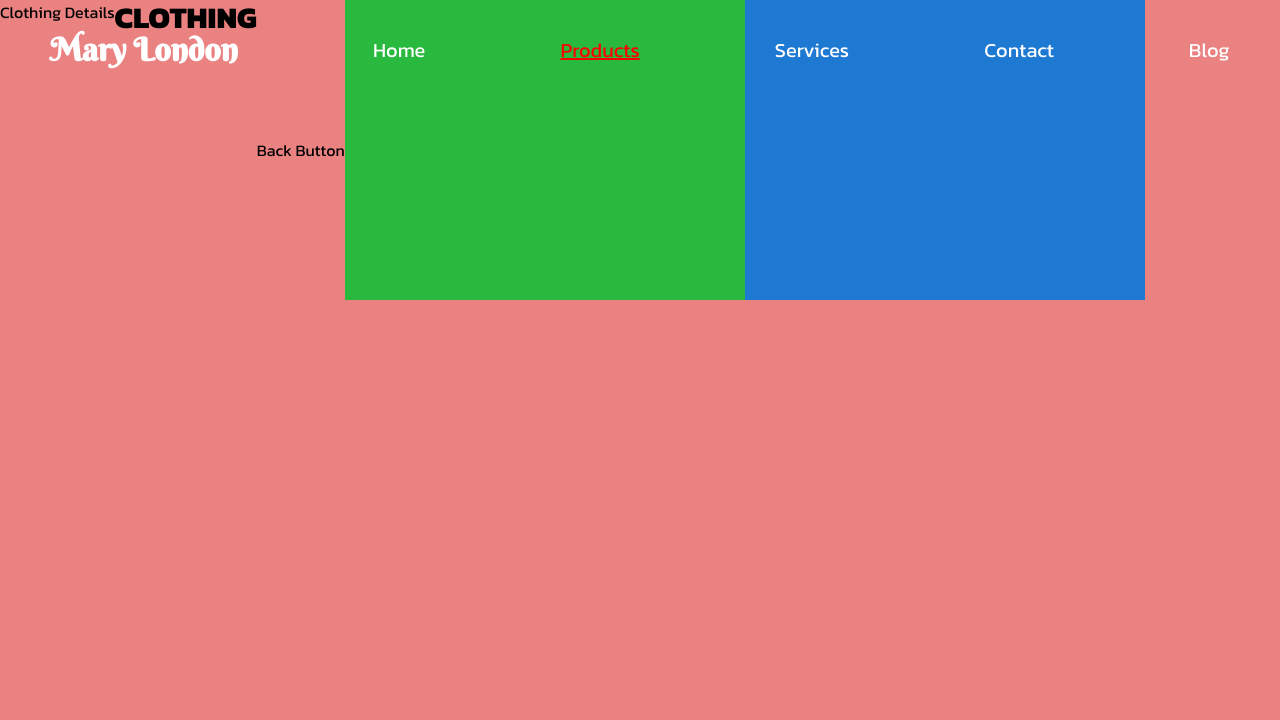
Repository: Habeebur1493/test2
Page: /products/clothing
An editor plug-in stored every save of this project. The page is shown before and after the next save, followed by the edit.
The browser window is 1280 px wide. The pictures show the whole page.
The project was rebuilt for these pictures with package versions that can differ from the ones it lists, and the page was loaded fresh each time. Also part of the build but not shown: vite.config.js, src/Frontend/Loader/loaderstyle.css, src/Frontend/Firstpage/Home.jsx, src/Frontend/Firstpage/Products.jsx, src/Frontend/Firstpage/Services.jsx, src/Frontend/Firstpage/Contact.jsx, src/Frontend/Firstpage/Blog.jsx.

Above is the page before, as saved 2024-12-28 20:47:21.

### index.html
<!doctype html>
<html lang="en">
  <head>
    <meta charset="UTF-8" />
    <meta name="viewport" content="width=device-width, initial-scale=1.0" />
    <link rel="stylesheet" href="https://fonts.googleapis.com/css2?family=Archivo:ital,wght@0,100..900;1,100..900&display=swap">
    <link href='https://unpkg.com/boxicons@2.1.4/css/boxicons.min.css' rel='stylesheet'>
    <title>MaryLondon</title>
  </head>
  <body>


    <div id="root"></div>
    <script type="module" src="/src/main.jsx"></script>
  </body>
</html>

### src/main.jsx
import { createRoot } from "react-dom/client";
import "./index.css";
import App from "./App";
import FrontendContext from "./context/FrontendContext";
import { BrowserRouter } from "react-router-dom";

createRoot(document.getElementById("root")).render(
  <FrontendContext>
    <BrowserRouter>
      <App />
    </BrowserRouter>
  </FrontendContext>
);

### src/App.jsx
import React from "react";
import { Route, Routes } from "react-router-dom";
import Pageloader from "./Frontend/Loader/PageLoader";
import Page1 from "./Frontend/Firstpage/Page1";
import Home from "./Frontend/Firstpage/Home";
import Products from "./Frontend/Firstpage/Products";
import Services from "./Frontend/Firstpage/Services";
import Contact from "./Frontend/Firstpage/Contact";
import Blog from "./Frontend/Firstpage/Blog";
import Nav from "./Frontend/Firstpage/Nav";
import "./App.css";
import "./Frontend/Firstpage/page1.css";
import "./Frontend/Loader/loaderstyle.css";
import ClothingDetails from "./Frontend/Firstpage/ClothingDetails";

const App = () => {
  const banners = [
    "https://s7ap1.scene7.com/is/image/adityabirlafashion/AS_D_HB_285_11_24_WinterRetreat_V1?resMode=sharp2&wid=1600&hei=642",
    "https://m.media-amazon.com/images/S/aplus-media-library-service-media/a79fdedf-c088-4a27-925a-5948d42135e6.__CR0,0,1464,600_PT0_SX1464_V1___.jpg",
    "https://images.hindustantimes.com/tech/img/2021/10/06/1600x900/IMG-20211005-WA0007_1633522371964_1633522436021.jpg",
    "https://www.sony.co.in/content/dam/sony/contents/regional-FSMC/india/common/homepage/primary-tout/2024/cich-bravia/CICH-Banner_D.jpg",
    "https://www.boat-lifestyle.com/cdn/shop/files/480_Desktop_2_1440x.png?v=1733813003",
    "https://graphicsfamily.com/wp-content/uploads/2020/07/Shoes-Advertising-Banner-Design-Template-1536x864.jpg",
  ];

  return (
    <div>
      <Pageloader />
      <Page1 />
      <Nav />
      <Routes>
        <Route path="/" element={<Home banners={banners} />} />
        <Route path="/products" element={<Products />} />
        <Route path="/products/:category" element={<ClothingDetails />} />
        <Route path="/services" element={<Services />} />
        <Route path="/contact" element={<Contact />} />
        <Route path="/blog" element={<Blog />} />
      </Routes>
    </div>
  );
};

export default App;

### src/context/FrontendContext.jsx
import { createContext, useState } from "react";




export const datacontext = createContext(null);

const FrontendContext = (props) => {
  const [data, setData] = useState("");

return (
  <datacontext.Provider value={[data, setData]}>
    {props.children}
  </datacontext.Provider>
);
};

export default FrontendContext;

### src/Frontend/Loader/PageLoader.jsx
import React, { useState, useEffect } from "react";
import { gsap } from "gsap";
import "./loaderstyle.css";





const App = () => {
  const [showScreen, setShowScreen] = useState(true);

  // Helper function to split text into individual letters
  const splitText = (text) =>
    text.split("").map((char, index) => (
      <span key={index} className="letter">
        {char}
      </span>
    ));

  // Part 1: Animation for spinning letters
  useEffect(() => {
    const letters = document.querySelectorAll(".letter");

    const animation = gsap.fromTo(
      letters,
      { rotationY: 0 },
      {
        rotationY: 360,
        duration: 1,
        repeat: -1,
        ease: "power1.inOut",
        stagger: 0.1,
      }
    );

    return () => {
      animation.kill();
    };
  }, []);

  // Part 2: Screen timeout
  useEffect(() => {
    const timer = setTimeout(() => {
      setShowScreen(false);
    }, 3000);

    return () => clearTimeout(timer);
  }, []);

  return (
    <div>
      {showScreen ? (
        <div className="screen">
          <div className="text-container">
            <div className="text">{splitText("Mary")}</div>
            <div className="loader"></div>
            <div className="text">{splitText("London")}</div>
          </div>
        </div>
      ) : (
        <div>

        </div>
      )}
    </div>
  );
};

export default App;

### src/Frontend/Firstpage/Page1.jsx
import React from "react";
import "./page1.css";


const Page1 = () => {
  return (
    <div className="page1">

    </div>
  );
};

export default Page1;

### src/Frontend/Firstpage/Nav.jsx
import React, { useEffect } from "react";
import { NavLink } from "react-router-dom";
import gsap from "gsap";
import "./page1.css";

const Nav = () => {
  const activeStyle = {
    textDecoration: "underline",
    color: "red",

};

  useEffect(() => {
    const navLinks = document.querySelectorAll("nav a");


    // Animate the navigation links
    gsap.from(navLinks, {
      opacity: 0,
      x: -50,
      duration: 1,
      delay: 4,
      stagger: 0.2, // Adds a delay between each link
    });
  }, []);

  return (
    <nav>
      <h1>Mary London</h1>

      <NavLink to="/" style={({ isActive }) => (isActive ? activeStyle : null)}>
        Home
      </NavLink>
      <NavLink to="/products" style={({ isActive }) => (isActive ? activeStyle : null)}>
        Products
      </NavLink>
      <NavLink to="/services" style={({ isActive }) => (isActive ? activeStyle : null)}>
        Services
      </NavLink>
      <NavLink to="/contact" style={({ isActive }) => (isActive ? activeStyle : null)}>
        Contact
      </NavLink>
      <NavLink to="/blog" style={({ isActive }) => (isActive ? activeStyle : null)}>
        Blog
      </NavLink>
    </nav>
  );
};

export default Nav;

### src/App.css
@import url('https://fonts.googleapis.com/css2?family=Berkshire+Swash&display=swap');



body{
    background-color: #cc9b9b;
}

nav{
    display: flex;
    justify-content: space-between;
    align-items: center;
    padding: 0px 50px;
    background-color: #b9abf700;
    color: #fff;


}
nav ul{
    display: flex;
    list-style: none;
    gap: 10px;
    font-size: 20px;
    padding: 20px;
    font-weight: 600;


}
nav ul li a{
    cursor: pointer;
    text-decoration: none;
    color: #fff;

}


.page1{
    height: 100%;
    width: 100%;

}

.logo{
    display: flex;
    align-items: center;
    margin-top: 20px;
}
.logo img{
    width: 120px;
    height: 120px;
    padding-bottom: 15px;
}

.logo h1{
    font-size: 32px;
    color: black;
    font-weight: 900;
    font-family: Berkshire Swash;
    border-bottom: 5px solid black;
    display: inline-block;
    width: 160px;
    text-align: center;

}

### src/Frontend/Firstpage/page1.css
@import url('https://fonts.googleapis.com/css2?family=Berkshire+Swash&display=swap');
@import url('https://fonts.googleapis.com/css2?family=Kanit:ital,wght@0,100;0,200;0,300;0,400;0,500;0,600;0,700;0,800;0,900;1,100;1,200;1,300;1,400;1,500;1,600;1,700;1,800;1,900&display=swap');



body{
  font-family: "Kanit", serif;
  background-image: linear-gradient(to right, #2980b9,#2c3e50);
}


nav{
    display: flex;
    justify-content: space-evenly;
    align-items: center;
    gap: 10px;
    height: 100px;
    width: 100%;
    font-family: "Kanit", serif;
    position: fixed;
    z-index: 1;
    font-size: 20px;
    color: #fff;
}


.page1{
    height: 100%;
    width: 100%;

}
nav h1{
    font-size: 32px;
    color: #fff;
    font-weight: 900;
    font-family: Berkshire Swash;
    text-align: center;
}

.slider-container {
    position: relative;
    width: 80%;
    height: 600px;
    overflow: hidden;
    margin: 0 auto;
    padding-top: 150px;
}

  .slider-wrapper {
    width: 100%;
    height: 100%;
  }

  .slider-content {
    display: flex;
    transition: transform 0.5s ease-in-out;
    height: 100%;
  }

  .slide {
    width: 100%;
    height: 100%;
    flex-shrink: 0;
  }

  .prev-button,
  .next-button {
    position: absolute;
    top: 60%;
    transform: translateY(-50%);
    background: rgba(238, 236, 236, 0.5);
    color: white;
    border: none;
    padding: 10px 15px;
    cursor: pointer;
    z-index: 1000;
    border-radius: 50%;
}

  .prev-button {
    left: 10px;
  }

  .next-button {
    right: 10px;
  }

  .dots {
    position: absolute;
    bottom: 15px;
    left: 50%;
    transform: translateX(-50%);
    display: flex;
    gap: 5px;
  }

  .dot {
    width: 10px;
    height: 10px;
    background: white;
    border-radius: 50%;
    cursor: pointer;
  }

  .dot.active {
    background: black;
  }


  .container{
    grid-template-rows: 2fr 1fr 1fr;
    grid-template-columns: 1fr 1fr 1fr;
    display: grid;
    justify-items: center;
    align-items: center;
    height: 100vh;
    width: 100%;
    z-index: 1;
    padding-top: 90px;
    padding-left: 50px;

  }

  .container .box1{
    background-color: blue;
    height: 200px;
    width: 400px;
    box-shadow: 0 0 10px rgba(0, 0, 0, 0.2);
    transition: transform 0.3s ease-in-out;
    cursor: pointer;
  }
  .container .box2{
    background-color: blue;
    height: 200px;
    width: 400px;
    box-shadow: 0 0 10px rgba(0, 0, 0, 0.2);
    transition: transform 0.3s ease-in-out;
    cursor: pointer;
  }
  .container .box3{
    background-color: blue;
    height: 200px;
    width: 400px;
    box-shadow: 0 0 10px rgba(0, 0, 0, 0.2);
    transition: transform 0.3s ease-in-out;
    cursor: pointer;
  }
 .container .box4{
    background-color: blue;
    height: 200px;
    width: 400px;
    box-shadow: 0 0 10px rgba(0, 0, 0, 0.2);
    transition: transform 0.3s ease-in-out;
    cursor: pointer;
  }
  .container .box5{
    background-color: blue;
    height: 200px;
    width: 400px;
    box-shadow: 0 0 10px rgba(0, 0, 0, 0.2);
    transition: transform 0.3s ease-in-out;
    cursor: pointer;
  }
  .container .box6{
    background-color: blue;
    height: 200px;
    width: 400px;
    box-shadow: 0 0 10px rgba(0, 0, 0, 0.2);
    transition: transform 0.3s ease-in-out;
    cursor: pointer;


}

  .container .box1:hover{
    transform: scale(1.1);
  }
  .container .box2:hover{
    transform: scale(1.1);
  }
  .container .box3:hover{
    transform: scale(1.1);
  }
  .container .box4:hover{
    transform: scale(1.1);
  }
  .container .box5:hover{
    transform: scale(1.1);
  }
  .container .box6:hover{
    transform: scale(1.1);
  }


  .container h1{
    text-align: center;
    color: #fff;
    font-family: 'Gill Sans', 'Gill Sans MT', Calibri, 'Trebuchet MS', sans-serif;
    font-size: 30px;
  }


  .ClothingDetails{
    height: 100vh;
    width: 100%;
    background-color: #eb8282;
  }


  .container1{
  display: flex;

  }

  .column1{
    height: 300px;
    width: 400px;
    background-color: #29b93f;
  }

  .column2{
    height: 300px;
    width: 400px;
    background-color: #1e79d3;
  }

### src/Frontend/Firstpage/ClothingDetails.jsx
import React from "react";
import "./page1.css";
import { useNavigate, useParams, useLocation } from "react-router-dom";

const ClothingDetails = () => {
  const navigate = useNavigate();
  const params = useParams();
  const loacation = useLocation();

  console.log(loacation);

  return (
    <div className="ClothingDetails">
      <div className="container1">
        <h1>Clothing Details</h1>
        <h1 className="text-3xl font-extrabold mb-3">
          {params.category.toLocaleUpperCase()}
        </h1>
        <button
          onClick={() => navigate(-1)}
        >
          Back Button
        </button>

        <div className="column1"></div>
        <div className="column2"></div>
      </div>
    </div>
  );
};

export default ClothingDetails;

Loaded but not shown: src/index.css (common file); tailwind.config.js (common file)

After the next save:
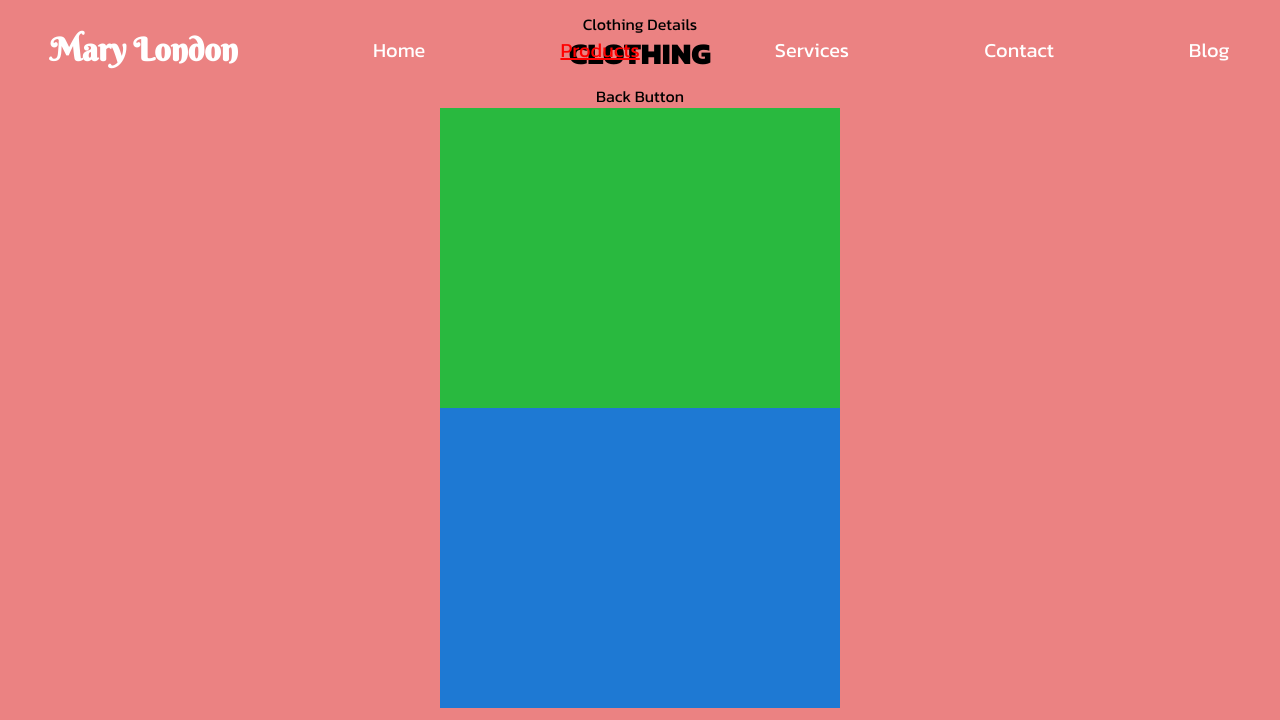
Saved 11 s later.
--- a/src/Frontend/Firstpage/page1.css
+++ b/src/Frontend/Firstpage/page1.css
@@ -209,6 +209,11 @@ nav h1{
 
   .container1{
   display: flex;
+  justify-content: center;
+  align-items: center;
+  height: 100vh;
+  width: 100%;
+  flex-direction: column;
 
   }
 
